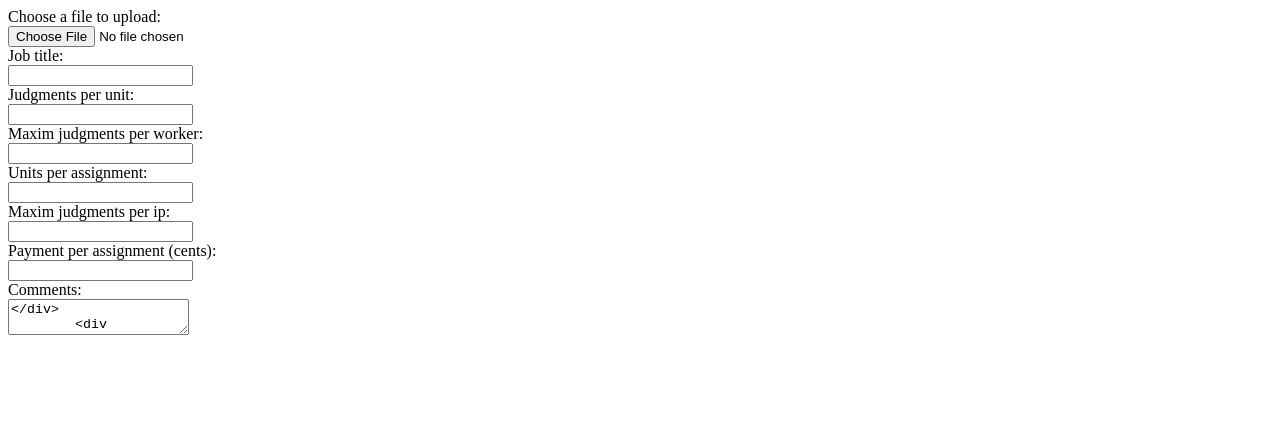
Repository: laroyo/watsonc
Page: http://localhost/oana/index.php
These files come from the project's save history. The page is drawn as it stood at one moment and after the next save; the edit follows.
The browser window is 1280 px wide. The pictures show the whole page.
The page is run by PHP 8.4 with error messages shown; the project is at /var/www/html/.

Above is the page before, as saved 2013-03-06 10:17:10.

### GUI/stift7/hui/oana/index.php
<html>
<head>
<title> Create a CrowdFlower job </title>
</head>
<body>
<form enctype="multipart/form-data" action="/oana/indexcrowdflower.php" method="POST">
<div class="borderframe"  >
	<div class="labelfield">Choose a file to upload:</div>
	<div class="inputfield"><input name="uploadedfile" type="file"  /></div>
	<div class="labelfield">Job title:</div>
	<div class="inputfield"><input type="text" name="title" /></div>
	<div class="labelfield">Judgments per unit:</div>
	<div class="inputfield"><input type="text" name="judgments_per_unit" /></div>
	<div class="labelfield">Maxim judgments per worker:</div>
	<div class="inputfield"><input type="text" name="max_judgments_per_worker" /></div>
	<div class="labelfield">Units per assignment:</div>
	<div class="inputfield"><input type="text" name="units_per_assignment" /></div>
	<div class="labelfield">Maxim judgments per ip:</div>
	<div class="inputfield"><input type="text" name="max_judgments_per_ip" /></div>
	<div class="labelfield">Payment per assignment (cents):</div>
	<div class="inputfield"><input type="text" name="payment" /></div>
	<div class="labelfield" title = "The purposes or notes of creating the job">Comments:</div>
	<div class="inputfield"><textarea name="job_comment" /></div>
	<div class="labelfield">&nbsp;</div>
	<div class="inputfield"><input type="submit" value="Submit" /></div>
	</div>
</form>
</body>
</html>

After the next save:
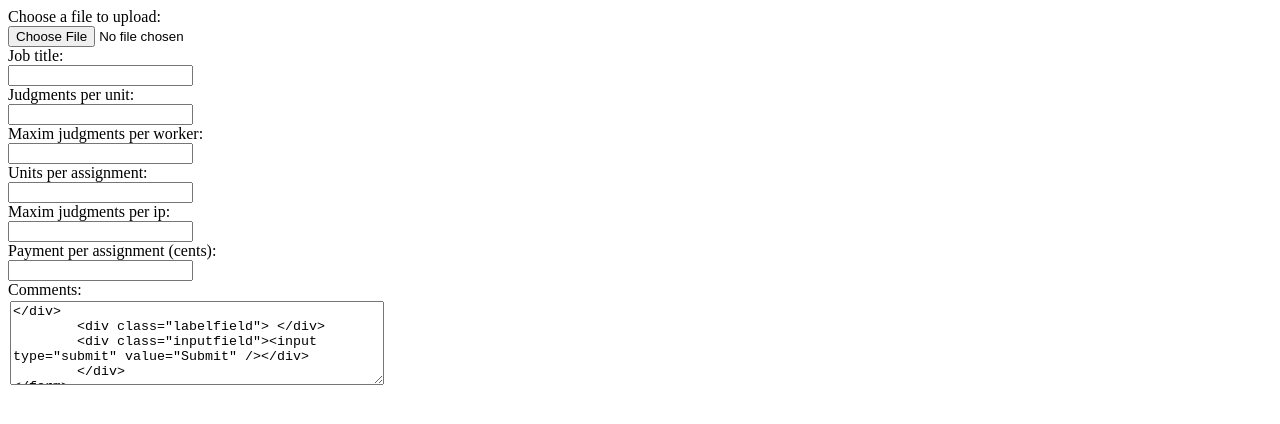
Saved 90 s later.
--- a/GUI/stift7/hui/oana/index.php
+++ b/GUI/stift7/hui/oana/index.php
@@ -20,7 +20,7 @@
 	<div class="labelfield">Payment per assignment (cents):</div>
 	<div class="inputfield"><input type="text" name="payment" /></div>
 	<div class="labelfield" title = "The purposes or notes of creating the job">Comments:</div>
-	<div class="inputfield"><textarea name="job_comment" /></div>
+	<div class="inputfield"><textarea name="job_comment" style="margin: 2px; width: 374px; height: 84px;"/></div>
 	<div class="labelfield">&nbsp;</div>
 	<div class="inputfield"><input type="submit" value="Submit" /></div>
 	</div>
